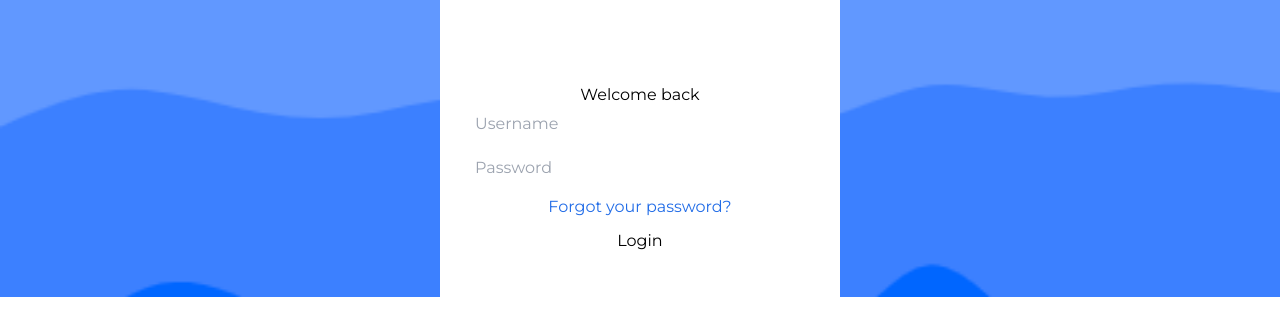
Repository: SatohJiro/CourseSale
Page: /
An editor plug-in stored every save of this project. The page is shown before and after the next save, followed by the edit.
The browser window is 1280 px wide. The pictures show the whole page.
The project was rebuilt for these pictures with package versions that can differ from the ones it lists, and the page was loaded fresh each time. Also part of the build but not shown: src/pages/Home/index.js, src/pages/Courses/index.js, src/layout/DefaultLayout/DefaultLayout.module.scss, src/layout/components/Header/Header.module.scss, src/layout/components/Header/index.js, src/layout/components/Sidebar/Sidebar.module.scss, src/layout/components/Sidebar/index.js, src/layout/DefaultLayout/index.js.

Above is the page before, as saved 2022-12-05 10:59:20.

After the next save:
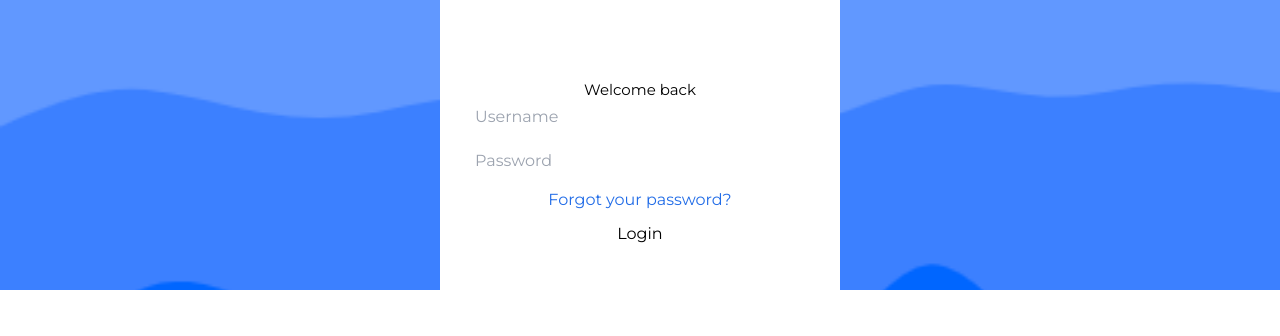
Saved 22 s later.
--- a/src/pages/Login/Login.jsx
+++ b/src/pages/Login/Login.jsx
@@ -5,7 +5,7 @@ const Login = () => {
     <>
       <div className="grid place-items-center m-0 px-[24px] bg-login bg-no-repeat bg-cover animate-background-pan">
         <div className="w-[400px] px-[30px] pt-[70px] pb-[44px] round-[24px] bg-white text-center">
-          <h2 className="mt-5">Welcome back</h2>
+          <h2 className="mt-4 text-2xl">Welcome back</h2>
           <form action="" className="grid gap-4">
             <input className="p-2" type="text" placeholder="Username" />
             <input className="p-2" type="password" placeholder="Password" />
